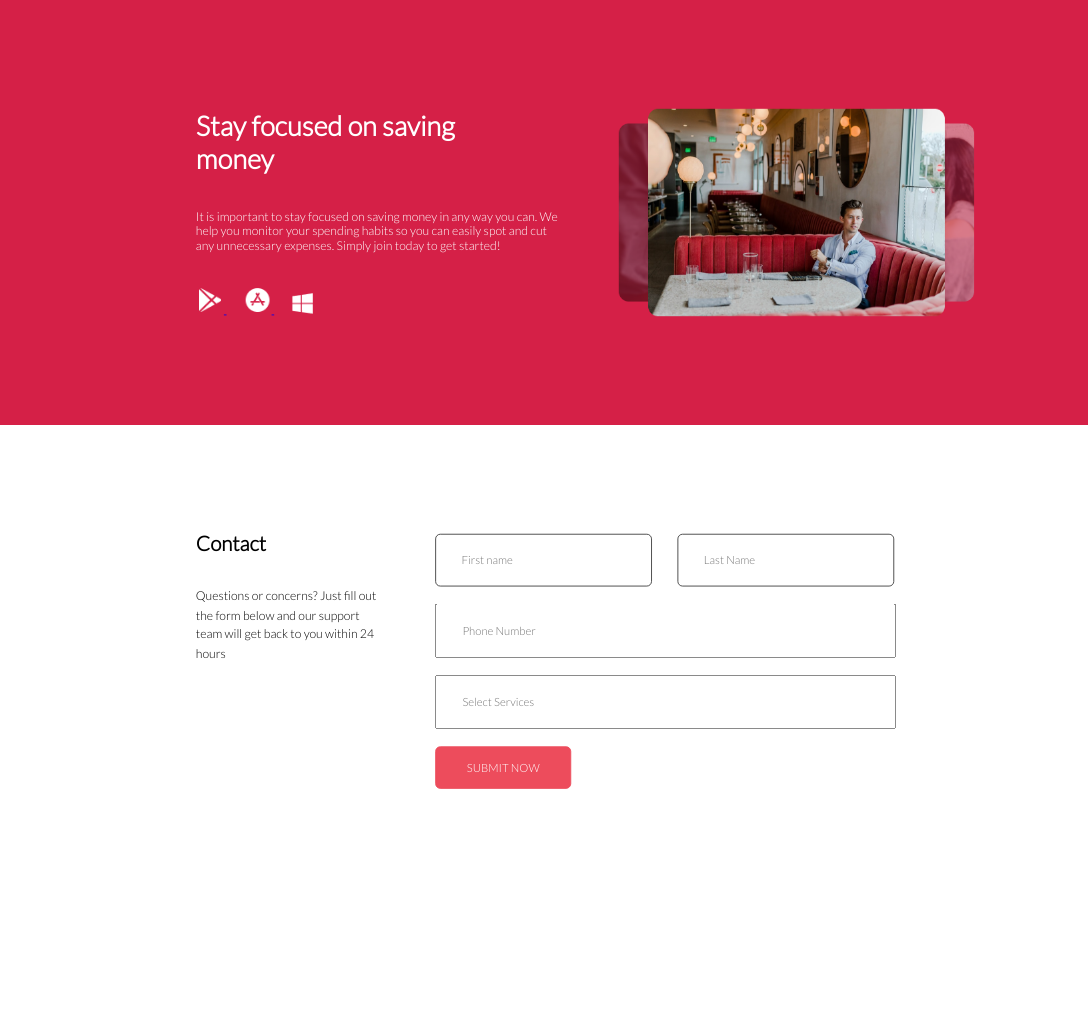
Repository: batonAnton/Cursor_lecture4
Page: index.html
The author's editor kept a copy of each file at every save. The page is drawn from the files as they stood at one save, then again after the next save.
The browser window is 1280 px wide. The pictures show the whole page, at 85% of full size.

Above is the page before, as saved 2022-06-09 14:44:15.

After the next save:
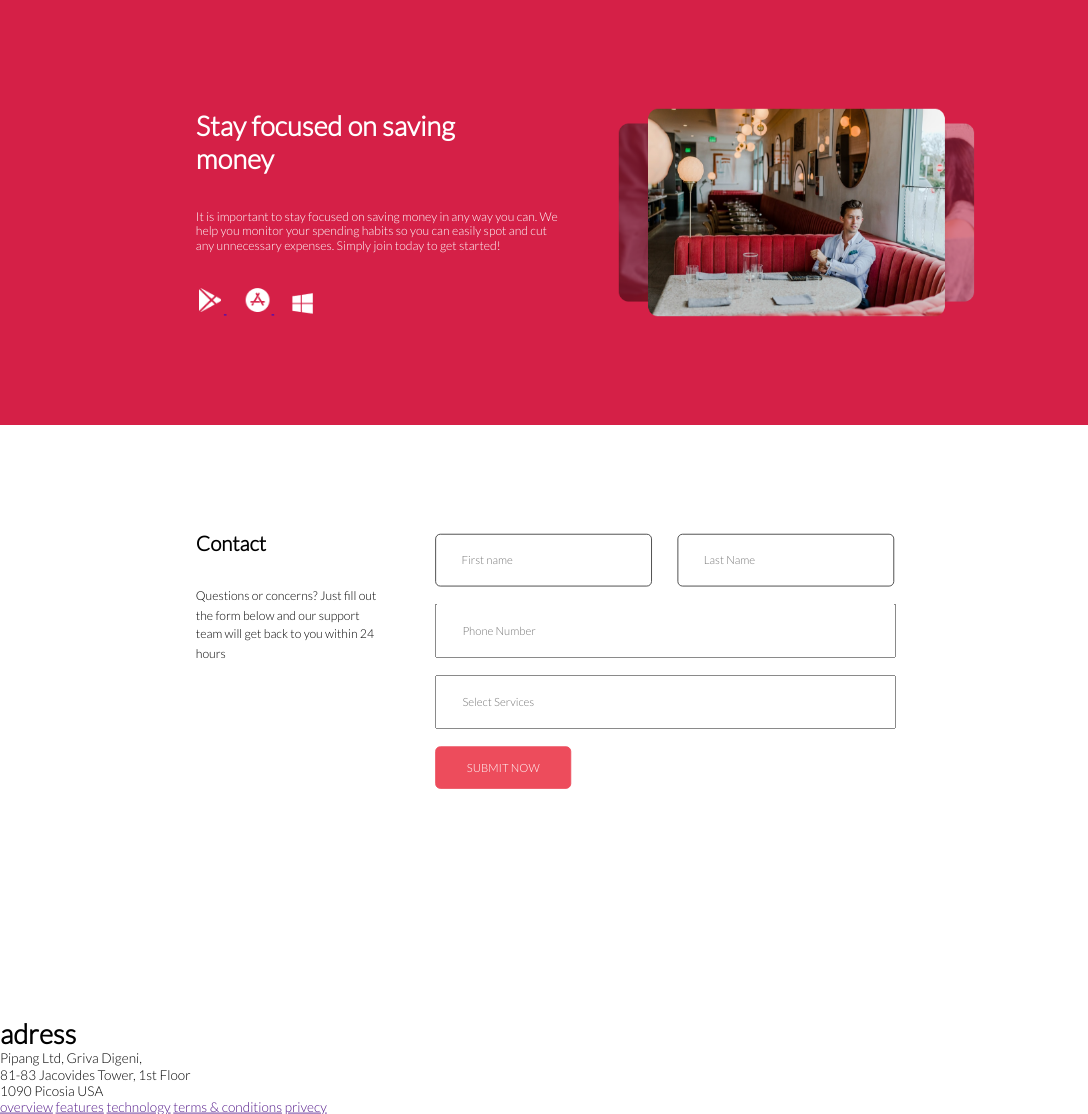
Saved 4 min 54 s later.
--- a/index.html
+++ b/index.html
@@ -58,5 +58,29 @@
               </form>
         </div>
     </section>
+
+    <footer>
+        <div class="all-block">
+            <div class="adress-block">
+                <h1>adress</h1>
+                <p>
+                    Pipang Ltd, Griva Digeni,<br>
+                    81-83 Jacovides Tower, 1st Floor <br>
+                    1090 Picosia USA
+                </p>
+            </div>
+
+            <div class="services">
+                <a href="">overview</a>
+                <a href="">features</a>
+                <a href="">technology</a>
+                <a href="">terms & conditions</a>
+                <a href="">privecy</a>
+            </div>
+
+
+        </div>
+
+    </footer>
 </body>
 </html>
